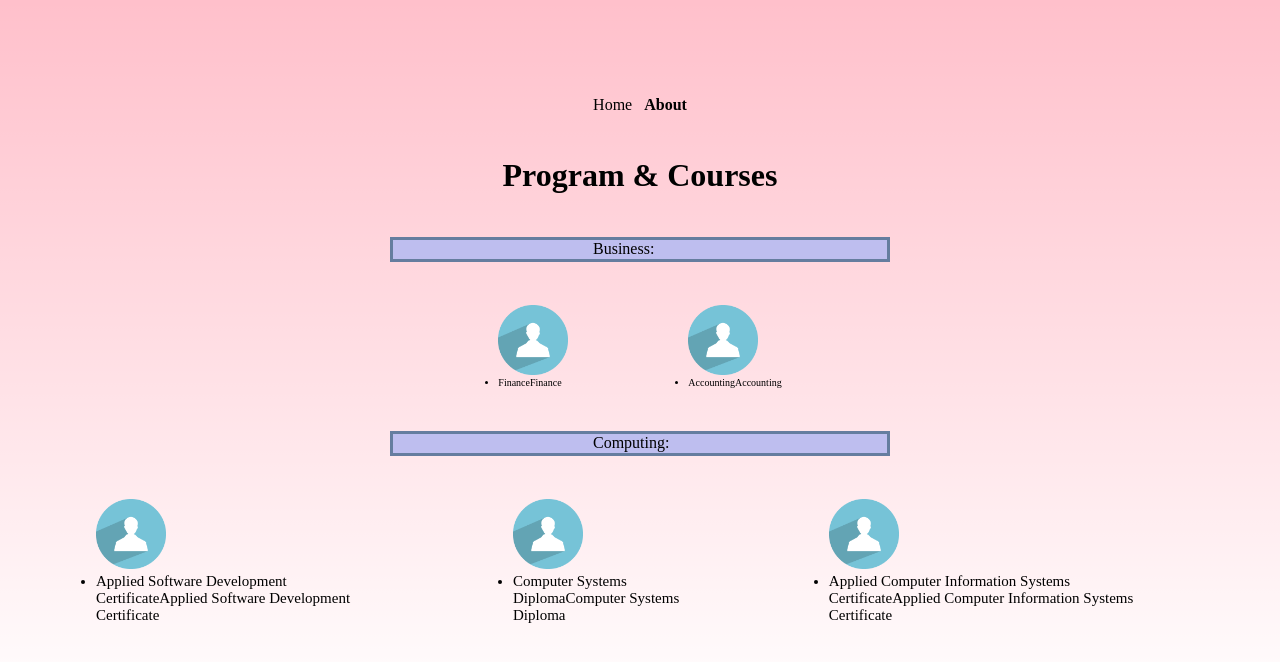
Repository: anoncoderin/madhu-assignment3
Page: /
The author's editor kept a copy of each file at every save. The page is drawn from the files as they stood at one save, then again after a run of saves.
The browser window is 1280 px wide. The pictures show the whole page.
The project was rebuilt for these pictures with package versions that can differ from the ones it lists, and the page was loaded fresh each time. The framework's server and built-in components were replaced by stand-ins that run in the browser. Also part of the build but not shown: next.config.js, components/Card/Card.module.css.

Above is the page before, as saved 2023-01-22 21:03:32.

After the next 2 saves:
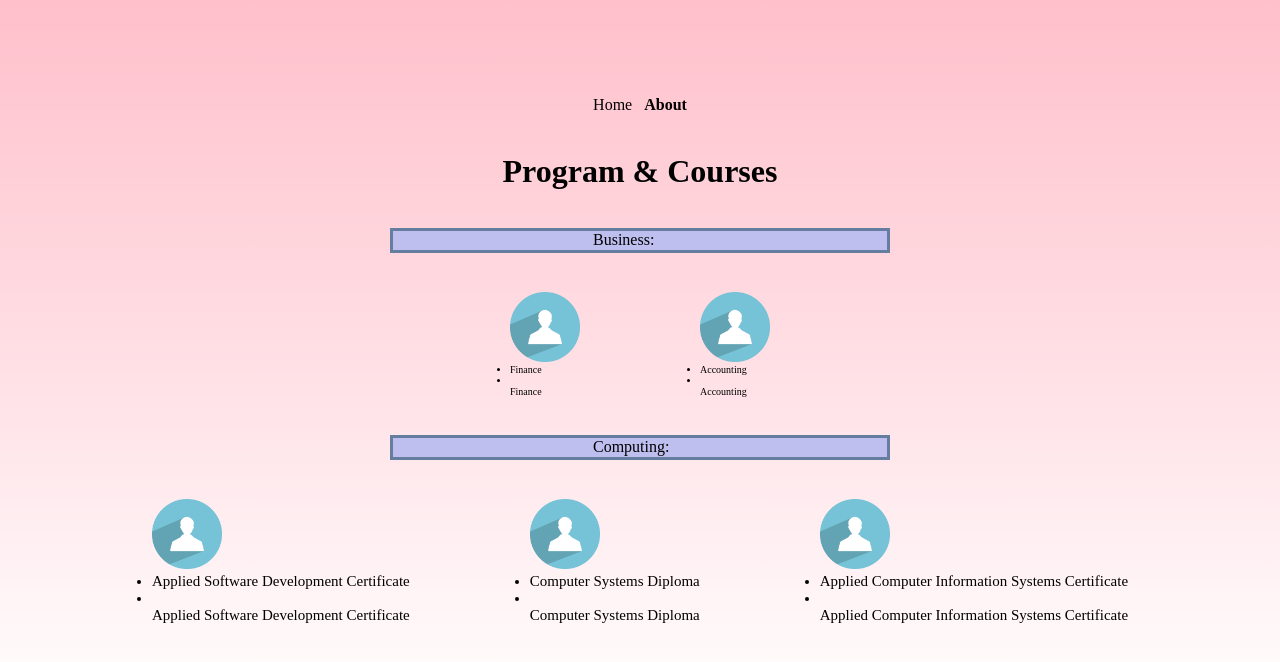
The 2 saves are shown as one change because they came seconds apart.
The last was saved 17 s later.
--- a/components/Card/index.js
+++ b/components/Card/index.js
@@ -10,7 +10,7 @@
         <div  style={{backgroundcolor:color, fontSize:font }}>
            <img src={'icon/person.png'} width="70px"></img>
            <ul> <li>{degree}
-            {degree}
+            <li></li>{degree}
             </li>
             </ul>
         </div>
